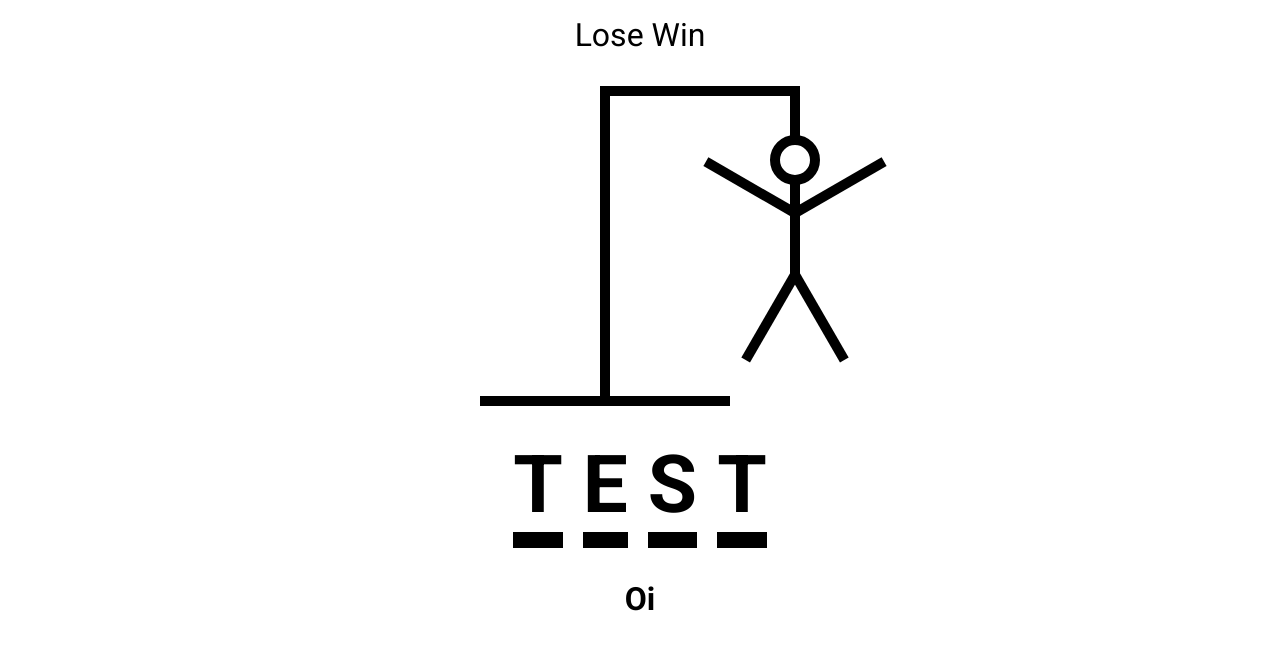
Repository: guilhermecardoso93/jogodaforca
Page: /
The author's editor kept a copy of each file at every save. The page is drawn from the files as they stood at one save, then again after the next save.
The browser window is 1280 px wide. The pictures show the whole page.
The project was rebuilt for these pictures with package versions that can differ from the ones it lists, and the page was loaded fresh each time. Also part of the build but not shown: vite.config.ts.

Above is the page before, as saved 2022-12-06 21:14:43.

After the next save:
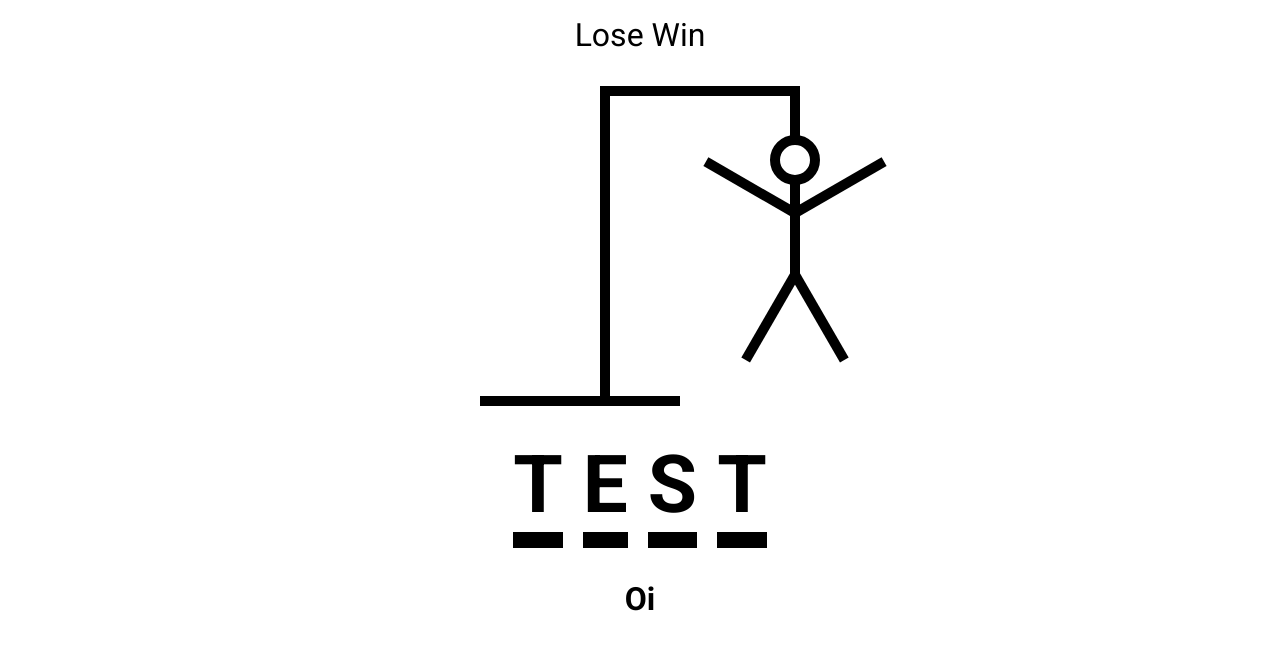
Saved 8 s later.
--- a/src/components/HangmanDrawing.tsx
+++ b/src/components/HangmanDrawing.tsx
@@ -121,7 +121,7 @@ export function HangmanDrawing() {
           marginLeft: "120px",
         }}
       />
-      <div style={{ height: "10px", width: "250px", background: "black" }} />
+      <div style={{ height: "10px", width: "200px", background: "black" }} />
     </div>
   );
 }
